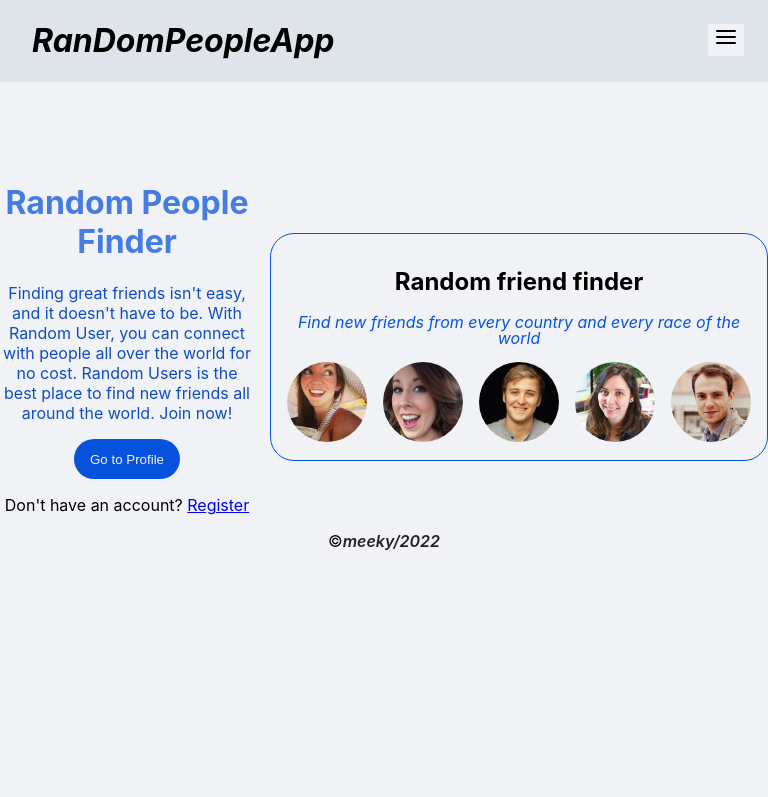
Repository: MikkyPrestige/RandomProfiles
Page: /
These files come from the project's save history. The page is drawn as it stood at one moment and after the next save; the edit follows.
The browser window is 768 px wide. The pictures show the whole page.
The project was rebuilt for these pictures with package versions that can differ from the ones it lists, and the page was loaded fresh each time. Also part of the build but not shown: src/components/users.jsx, src/assets/styles/search.css, src/components/search.jsx, src/assets/styles/help.css, src/components/help.jsx, src/assets/styles/about.css, src/components/about.jsx, src/assets/styles/error.css and 9 more.

Above is the page before, as saved 2022-12-06 20:28:31.

### public/index.html
<!DOCTYPE html>
<html lang="en">

<head>
  <meta charset="utf-8" />
  <link rel="icon" href="%PUBLIC_URL%/favicon.ico" />
  <meta name="viewport" content="width=device-width, initial-scale=1" />
  <meta name="theme-color" content="#000000" />
  <meta name="description" content="Web site created using create-react-app" />
  <link rel="apple-touch-icon" href="%PUBLIC_URL%/logo192.png" />
  <!--
      manifest.json provides metadata used when your web app is installed on a
      user's mobile device or desktop. See https://developers.google.com/web/fundamentals/web-app-manifest/
    -->
  <link rel="manifest" href="%PUBLIC_URL%/manifest.json" />
  <!--
      Notice the use of %PUBLIC_URL% in the tags above.
      It will be replaced with the URL of the `public` folder during the build.
      Only files inside the `public` folder can be referenced from the HTML.

      Unlike "/favicon.ico" or "favicon.ico", "%PUBLIC_URL%/favicon.ico" will
      work correctly both with client-side routing and a non-root public URL.
      Learn how to configure a non-root public URL by running `npm run build`.
    -->
  <title>AltSchool Assignment 2</title>
</head>

<body>
  <noscript>You need to enable JavaScript to run this app.</noscript>
  <div id="root"></div>
  <!--
      This HTML file is a template.
      If you open it directly in the browser, you will see an empty page.

      You can add webfonts, meta tags, or analytics to this file.
      The build step will place the bundled scripts into the <body> tag.

      To begin the development, run `npm start` or `yarn start`.
      To create a production bundle, use `npm run build` or `yarn build`.
    -->
</body>

</html>

### src/index.css
body {
  margin: 0;
  font-family: -apple-system, BlinkMacSystemFont, 'Segoe UI', 'Roboto', 'Oxygen',
    'Ubuntu', 'Cantarell', 'Fira Sans', 'Droid Sans', 'Helvetica Neue',
    sans-serif;
  -webkit-font-smoothing: antialiased;
  -moz-osx-font-smoothing: grayscale;
  background-color: #f1f2f6;
}

code {
  font-family: source-code-pro, Menlo, Monaco, Consolas, 'Courier New',
    monospace;
}

### src/App.jsx
import * as React from "react";
import { ErrorBoundary } from "react-error-boundary";
import { Route, Routes } from "react-router-dom";
import {
  Layout,
  Home,
  Users,
  Search,
  Help,
  About,
  Error,
  ErrorFallBack,
  Profile,
  ProfileDisplay,
  Register,
  UpdatePassword,
  Footer,
} from "./components";

const App = () => {
  return (
    <div className="App">
      <main>
        <ErrorBoundary FallbackComponent={ErrorFallBack}>
          <Layout />
          <Routes>
            <Route path="/" element={<Home />} />
            <Route path="users">
              <Route index element={<Users />} />
              <Route path=":id" element={<Search />} />
            </Route>
            <Route path="profile" element={<Profile />} />
            <Route path="profileDisplay" element={<ProfileDisplay />} />
            <Route path="register" element={<Register />} />
            <Route path="update" element={<UpdatePassword />} />
            <Route path="help" element={<Help />} />
            <Route path="about" element={<About />} />
            <Route path="*" element={<Error />} />
          </Routes>
        </ErrorBoundary>
        <Footer />
      </main>
    </div>
  );
};

export default App;

### src/components/index.js
export {  Layout, Back } from "./layout";
export { default as Home } from "./home";
export { default as Users } from "./users";
export { default as Search } from "./search";
export { default as Help } from "./help";
export { default as About } from "./about";
export { default as Error } from "./error";
export { default as ErrorFallBack } from "./errorFallback";
export { default as Profile } from "./profile";
export { default as ProfileDisplay } from "./profileDisplay";
export { default as Register } from "./register";
export { default as UpdatePassword } from "./update";
export { Footer } from "./avatar";

### src/components/layout.jsx
// LAYOUT COMPONENT - This component is for the App Layout that displays the Navigation bar in the app UI to the user when app is open

import { useState } from "react";
import { NavLink } from "react-router-dom";
import "../assets/styles/layout.css";
import { MdClose } from "react-icons/md";
import { FiMenu } from "react-icons/fi";

const CustomNavLink = ({ to, ...props }) => {
  let activeStyle = {
    textDecoration: "underline",
    color: "red",
  };

  return (
    <NavLink
      style={({ isActive }) =>
        isActive ? activeStyle : { textDecoration: "none" }
      }
      to={to}
      end
      {...props}
    />
  );
};

const LayoutSmall = () => {
  const [nav, setNav] = useState(false);

  const toggleNav = () => {
    setNav(!nav);
  };

  const closeNav = () => {
    setNav(false);
  };

  return (
    <div className="layout small">
      <header className="layout__header">
        <div className="layout__header--text">
          <h1 className="layout__header--title">RanDomPeopleApp</h1>
        </div>
        <nav className="layout__nav">
          <button onClick={toggleNav} className="layout--btn">
            {nav ? (
              <MdClose className="layout__btn--icon" />
            ) : (
              <FiMenu className="layout__btn--icon" />
            )}
          </button>
          <div className={`menuNav ${nav ? " showMenu" : ""}`}>
            <CustomNavLink
              to="/"
              end
              className="nav__item"
              onClick={() => closeNav()}
            >
              Home
            </CustomNavLink>
            <CustomNavLink
              to="profile"
              className="nav__item"
              onClick={() => closeNav()}
            >
              Users
            </CustomNavLink>
            <CustomNavLink
              to="about"
              className="nav__item"
              onClick={() => closeNav()}
            >
              About
            </CustomNavLink>
            <CustomNavLink
              to="help"
              className="nav__item"
              onClick={() => closeNav()}
            >
              Features
            </CustomNavLink>
          </div>
        </nav>
      </header>
    </div>
  );
};

const LayoutLarge = () => {
  return (
    <div className="layout large">
      <header className="layout__header">
        <div className="layout__header--text">
          <h1 className="layout__header--title">RanDomPeopleApp</h1>
        </div>
        <nav className="layout__nav">
          <div className="nav__items--large">
            <CustomNavLink to="/" className="nav__item--large">
              Home
            </CustomNavLink>
            <CustomNavLink to="profile" className="nav__item--large">
              Users
            </CustomNavLink>
            <CustomNavLink to="about" className="nav__item--large">
              About
            </CustomNavLink>
            <CustomNavLink to="help" className="nav__item--large">
              Features
            </CustomNavLink>
          </div>
        </nav>
      </header>
    </div>
  );
};

const Layout = () => {
  return (
    <div>
      <LayoutSmall />
      <LayoutLarge />
    </div>
  );
};

//  Navigate back home button
const Back = () => {
  const [isHover, setIsHover] = useState(false);

  const handleMouseEnter = () => {
    setIsHover(true);
  };

  const handleMouseLeave = () => {
    setIsHover(false);
  };

  const style = {
    border: "none",
    borderRadius: ".5rem",
    padding: " .5rem",
    fontSize: "1rem",
    fontWeight: "600",
    cursor: "pointer",
    backgroundColor: isHover ? "lightblue" : "rgb(0, 191, 255)",
    color: isHover ? "#f00" : "green",
  };

  return (
    <NavLink to="/" className="back__button">
      <button
        style={style}
        onMouseEnter={handleMouseEnter}
        onMouseLeave={handleMouseLeave}
      >
        Back ←{" "}
      </button>
    </NavLink>
  );
};

export { Layout, Back };

### src/components/home.jsx
// HOME COMPONENT - This component is the Home section of the app that displays app Home page on load and when the 'HOME' button in the header is clicked

import { Link, useNavigate } from "react-router-dom";
import "../assets/styles/home.css";
import { Avatar } from "./avatar";
import FirstFemale from "../assets/img/female-1.jpg";
import SecondFemale from "../assets/img/female-2.jpg";
import ThirdFemale from "../assets/img/female-3.jpg";
import FirstMale from "../assets/img/male-1.jpg";
import SecondMale from "../assets/img/male-2.jpg";

const Home = () => {
  const navigate = useNavigate();
  const getStarted = () => {
    navigate("/profileDisplay"); // Redirect the user to the users component when the get started button is clicked
  };

  return (
    <div className="home">
      <div className="home__container">
        <div className="desc">
          <h1 className="desc__heading">Random people finder</h1>
          <p className="desc__paragraph">
            Finding great friends isn't easy, and it doesn't have to be. With
            Random User, you can connect with people all over the world for no
            cost. Random Users is the best place to find new friends all around
            the world. Join now!
          </p>
          <button onClick={getStarted} className="desc__cta">
            Go to Profile
          </button>
          <p className="register__text">
            Don't have an account?{" "}
            <Link to="/register" className="register__link">
              Register
            </Link>
          </p>
        </div>
        <div className="home__wrapper">
          <h2 className="home__heading">Random friend finder</h2>
          <p className="home__text">
            Find new friends from every country and every race of the world
          </p>
          <div className="home__img">
            <Avatar
              image={FirstFemale}
              alt="Female One"
              style={{ width: "5rem", height: "5rem", borderRadius: "50%" }}
            />
            <Avatar
              image={SecondFemale}
              alt="Female Two"
              style={{ width: "5rem", height: "5rem", borderRadius: "50%" }}
            />
            <Avatar
              image={FirstMale}
              alt="Male One"
              style={{ width: "5rem", height: "5rem", borderRadius: "50%" }}
            />
            <Avatar
              image={ThirdFemale}
              alt="Female Three"
              style={{ width: "5rem", height: "5rem", borderRadius: "50%" }}
            />
            <Avatar
              image={SecondMale}
              alt="Male Two"
              style={{ width: "5rem", height: "5rem", borderRadius: "50%" }}
            />
          </div>
        </div>
      </div>
    </div>
  );
};

export default Home;

### src/components/avatar.jsx
// AVATAR COMPONENT - This component is for the Images used in the app.

import "../assets/styles/layout.css";

export const Avatar = ({ image = "", alt = "", style = {} }) => {
  return (
    <div className="avatar">
      <img src={image} alt={alt} style={style} />
    </div>
  );
};

// FOOTER COMPONENT - for the attribution

export const Footer = () => {
  return (
    <div className="attribution">
      <footer>
        &copy;
        <a
          href="https://github.com/MeekyBerry"
          target="_blank"
          rel="noreferrer"
          className="footer"
        >
          meeky/2022
        </a>
      </footer>
    </div>
  );
};

### src/assets/styles/layout.css
.layout {
  background-color: #dfe4ea;
  width: 100%;
}

.layout__nav {
  display: flex;
  align-items: center;
  justify-content: space-between;
  position: relative;
  padding-right: 2rem;
}

.layout__header {
  display: flex;
  justify-content: space-between;
  align-items: center;
}

.layout__header--title {
  font-style: oblique;
  padding-left: 2rem;
}

.layout--btn {
  position: fixed;
  top: 1.5rem;
  right: 1.5rem;
  z-index: 10;
  background-color: #f1f2f5;
  border: none;
  font-size: 1.5rem;
  cursor: pointer;
}

.menuNav {
  position: fixed;
  top: 6rem;
  right: 0;
  width: 0;
  max-width: 10rem;
  height: 100%;
  background-color: #f1f2f5;
  z-index: 5;
  overflow: hidden;
}

.menuNav.showMenu {
  width: 100%;
  transition: all 2s ease-in;
  -webkit-transition: all 2s ease-in;
  -moz-transition: all 2s ease-in;
  -ms-transition: all 2s ease-in;
  -o-transition: all 2s ease-in;
}

.nav__items {
  display: flex;
  align-items: center;
  list-style: none;
  /* flex-wrap: wrap; */
}

.nav__item {
  font-size: 1.2rem;
  padding: 1rem;
  text-transform: uppercase;
  display: block;
  text-align: center;
  text-transform: uppercase;
  color: #0046dc;
}

.nav__item:hover {
  color: #7dd5c6;
}

.nav__items--large {
  display: flex;
  gap: 2rem;
}

.nav__item--large {
  text-transform: uppercase;
  font-size: 1.1rem;
  font-weight: 700;
  letter-spacing: .2rem;
  color: #0046dc;
}

.attribution {
  text-align: center;
}

.footer {
  color: #222;
  text-decoration: none;
  cursor: pointer;
  font-style: italic;
  font-weight: 600;
}

/* MEDIA QUERY TO HIDE THE NAVIGATION BAR HAMBURGER ON LARGE SCREENS */

@media screen and (min-width: 768px) {
  .small {
    display: none;
  }

  .large {
    display: block;
  }
}

@media screen and (max-width: 768px) {
  .small {
    display: block;
  }

  .large {
    display: none;
  }
}

@media screen and (max-width: 900px) {
  .nav__item--large {
    font-size: 1rem;
    margin-right: -.5rem;
  }

}

### src/assets/styles/home.css
.home {
  /* height: 100%;
  width: 100%; */
  margin-top: 5rem;
  text-align: center;
}

.home__container {
  display: flex;
  justify-content: space-around;
  align-items: center;
  gap: 1rem;
}

.desc {
  width: 40%;
}

.desc__heading {
  font-size: 2rem;
  color: #0651ddbb;
  text-transform: capitalize;
}

.desc__paragraph {
  font-size: 1rem;
  color: #0f4cbe;
}

.desc__cta {
  background-color: #0652dd;
  color: #f1f2f6;
  padding: 0.8rem 1rem;
  border: none;
  border-radius: 1.5rem;
}

.desc__cta:hover {
  background-color: #0f4cbe;
}

.home__wrapper {
  border: 1px solid #0652dd;
  border-radius: 1.5rem;
  line-height: 1;
  padding: 1rem;
  height: min-content;
}

.home__text {
  font-style: italic;
  color: #0652dd;
}

.home__img {
  display: flex;
  align-items: center;
  gap: 1rem;
}

### src/assets/styles/users.css
.users {
  background-color: #fff;
  border: 1px solid #ccc;
  border-radius: 0.5rem;
  padding: 1rem;
  margin: 1rem;
}

.users__container {
  display: flex;
  flex-direction: column;
  justify-content: center;
  align-items: center;
}

.users__heading {
  text-align: center;
  text-transform: uppercase;
  font-size: 1.5rem;
  font-weight: bold;
  margin-bottom: 1rem;
}

.users__list {
  list-style: none;
  padding: 2rem;
  margin: 1rem auto;
  width: 85%;
  display: grid;
  grid-template-columns: repeat(3, minmax(200px, 1fr));
  grid-gap: 3rem;
}

.user__items {
  border-bottom: 1px solid #ccc;
}

.user__item {
  background-color: #fff;
  border: 1px solid #ccc;
  border-radius: 0.5rem;
  padding: 1rem;
}

.user__img {
  width: 80%;
  border-radius: 10%;
  margin-left: 1rem;
}

/* BUTTON BELOW */
.btn__container {
  display: flex;
  justify-content: center;
  align-items: center;
}

.active:hover {
  background-color: #ced6e0;
  color: #1e90ff;
}

.active:active {
  background-color: #70a1ff;
  color: #ced6e0;
}

.btn__array {
  padding: 0.5rem;
  margin: 0.5rem;
  font-size: 1rem;
  border-radius: 0.5rem;
  border: none;
  cursor: pointer;
}

.search__box {
  display: flex;
  justify-content: center;
  align-items: center;
}

.search__link {
  background-color: #fff;
  border: 1px solid #ccc;
  color: #1e90ff;
  border-radius: 1rem;
  width: 18rem;
  padding: 0.5rem;
  margin: 1rem;
  font-size: 1rem;
  font-weight: bold;
  cursor: pointer;
  text-align: center;
  text-decoration: none;
  animation: search 1s ease-in-out infinite;
}

.search__link:hover {
  background-color: #1e90ff;
  color: #fff;
  animation: none;
}

.search__link:active {
  background-color: #70a1ff;
  color: #fff;
  animation: none;
}

@keyframes search {
  0% {
    transform: scale(1);
  }

  50% {
    transform: scale(1.2);
  }

  100% {
    transform: scale(1);
  }
}

Loaded but not shown: src/index.js (common file)

After the next save:
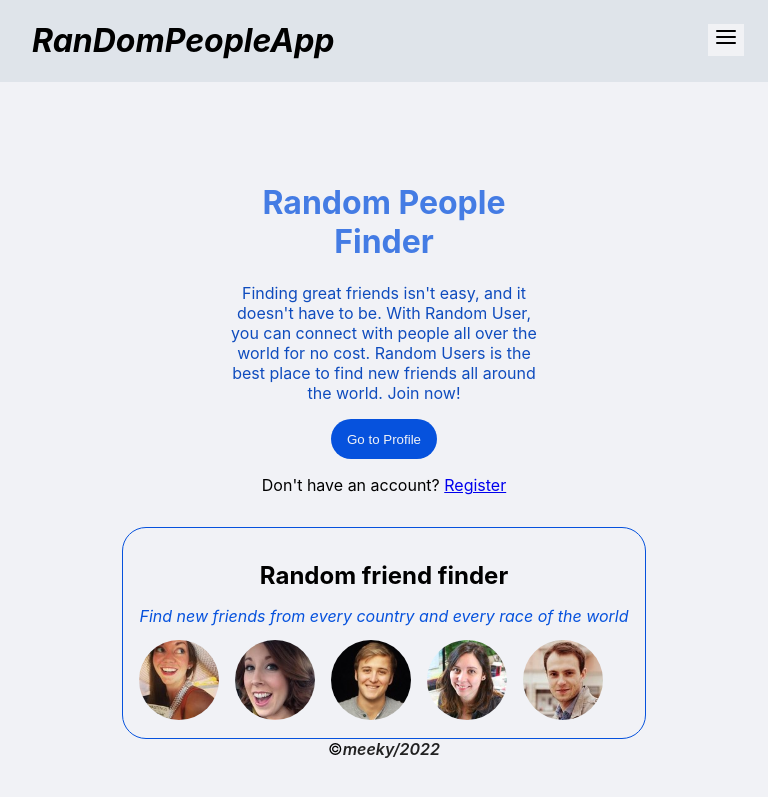
Saved 92 s later.
--- a/src/assets/styles/home.css
+++ b/src/assets/styles/home.css
@@ -1,6 +1,4 @@
 .home {
-  /* height: 100%;
-  width: 100%; */
   margin-top: 5rem;
   text-align: center;
 }
@@ -57,3 +55,10 @@
   align-items: center;
   gap: 1rem;
 }
+
+@media screen and (max-width: 900px) {
+  .home__container {
+    flex-direction: column;
+  }
+
+}
